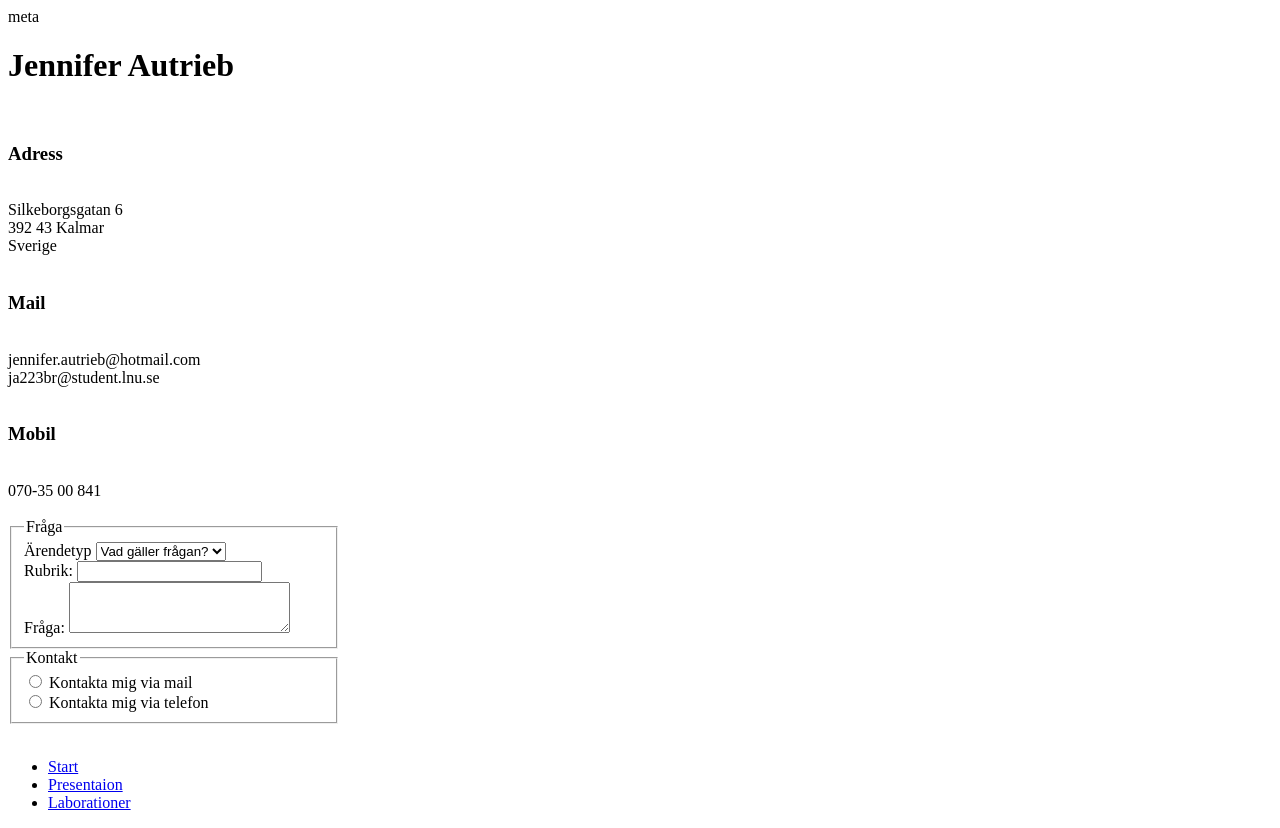
Repository: JeAut/1ik415-JeAut-laborationer
Page: WWW/pages/kontakt.html
The author's editor kept a record of every edit. The page is drawn from the files as they stood at one moment, then again after the next edit.
The browser window is 1280 px wide. The pictures show the whole page.

Above is the page before.

After the next edit:
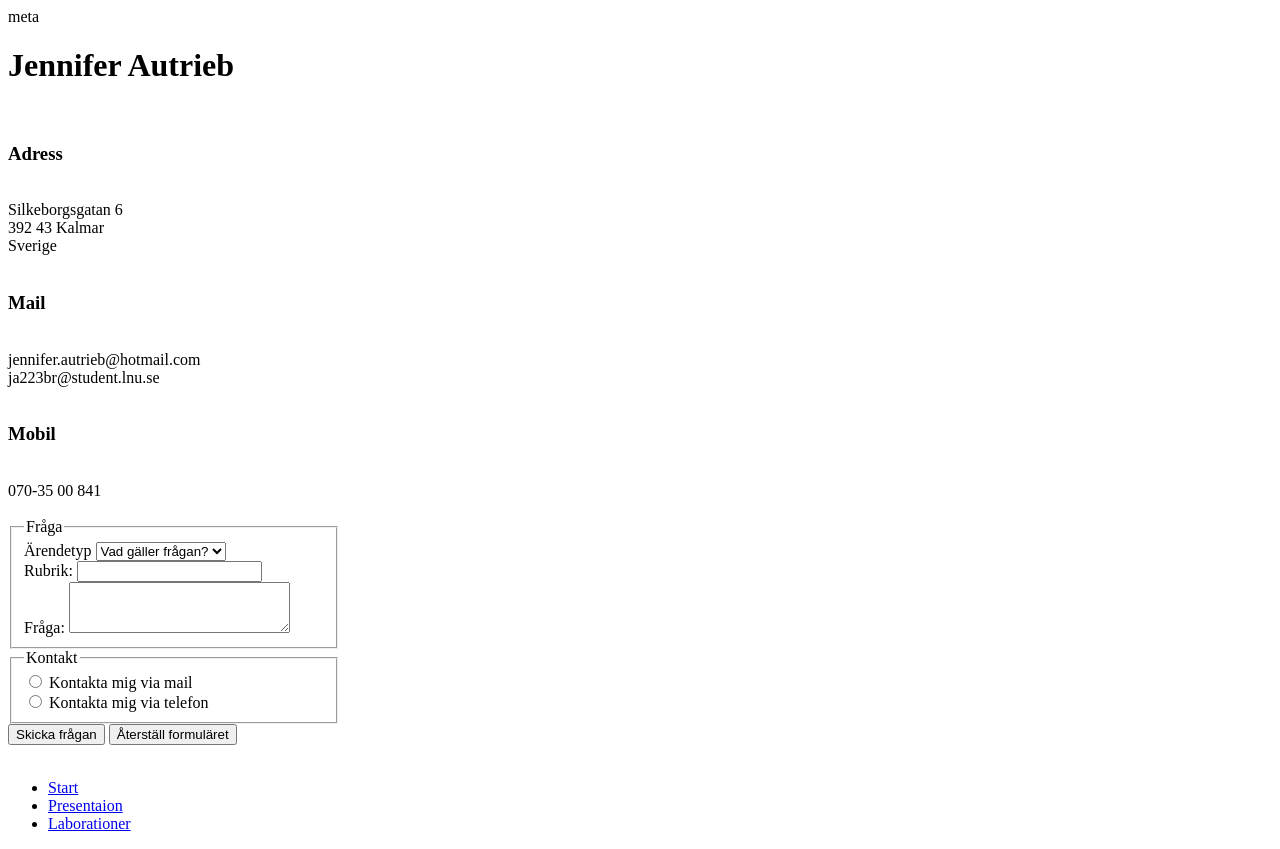
The edit:
--- a/WWW/pages/kontakt.html
+++ b/WWW/pages/kontakt.html
@@ -42,11 +42,14 @@
             <input type="radio" name="kontakt" id="mail" value="mail" />
             <label for="var">Kontakta mig via mail</label> <br />
 
-        <input type="radio" name="kontakt" id="telefon" value="telefon" />
-        <label for="sommar">Kontakta mig via telefon</label> <br />
-         </fieldset>
+            <input type="radio" name="kontakt" id="telefon" value="telefon" />
+            <label for="sommar">Kontakta mig via telefon</label> <br />
+        </fieldset>
 
+        <input type="submit" name="submit" id="submit" value="Skicka frågan" />
+        <input type="reset" name="reset" id="reset" value="Återställ formuläret" />
 
+        <br>
         <br>
         <ul>
             <li><a href="../index.html"> Start</a></li>
